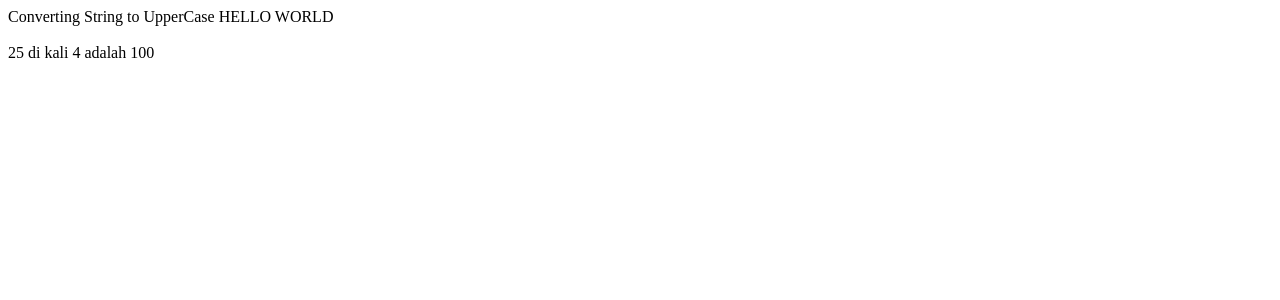
Repository: aniwallz/Belajar-Jsp
Page: http://localhost/jspdemo/expression-test.jsp
These files come from the project's save history. The page is drawn as it stood at one moment and after the next save; the edit follows.
The browser window is 1280 px wide. The pictures show the whole page.
The page is served by Tomcat 9. Other server files are loaded and not shown.

Above is the page before, as saved 2018-10-11 14:25:37.

### Tutorial 1/jspdemo/WebContent/expression-test.jsp
<html>

	<body>
		Converting String to UpperCase <%= new String("Hello World").toUpperCase() %>
		<br><br>
		25 di kali 4 adalah <%= 25*4 %>
		<br><br>


	</body>
</html>

After the next save:
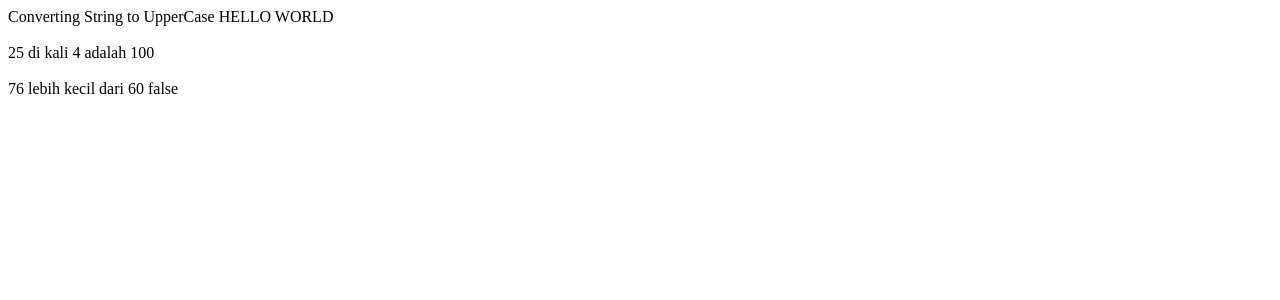
Saved 36 s later.
--- a/Tutorial 1/jspdemo/WebContent/expression-test.jsp
+++ b/Tutorial 1/jspdemo/WebContent/expression-test.jsp
@@ -5,6 +5,7 @@
 		<br><br>
 		25 di kali 4 adalah <%= 25*4 %>
 		<br><br>
+		76 lebih kecil dari 60 <%= 76 < 60 %>
 
 
 	</body>
